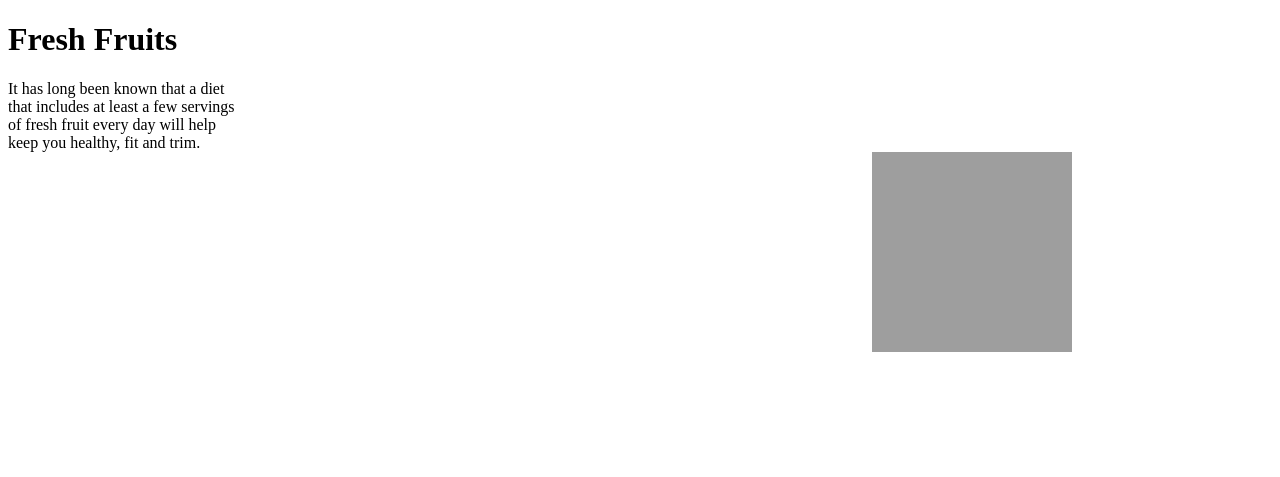
Repository: Helianthusss/Learn-CPP
Page: HTML/lap2/bai1.html
An editor plug-in stored every save of this project. The page is shown before and after the next save, followed by the edit.
The browser window is 1280 px wide. The pictures show the whole page.
Pictures or frames that could not be fetched are drawn as grey boxes.

Above is the page before, as saved 2021-09-22 10:23:32.

After the next save:
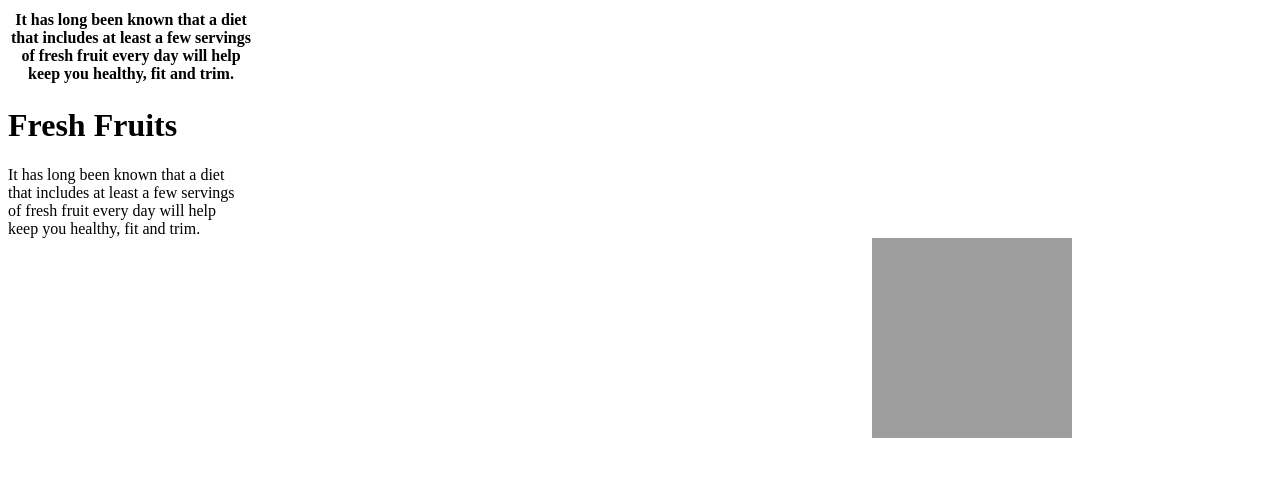
Saved 2 min 23 s later.
--- a/HTML/lap2/bai1.html
+++ b/HTML/lap2/bai1.html
@@ -14,6 +14,16 @@
     </style>
   </head>
   <body>
+    <table>
+      <tr>
+        <th>
+          It has long been known that a diet<br />
+          that includes at least a few servings<br />
+          of fresh fruit every day will help<br />
+          keep you healthy, fit and trim.<br />
+        </th>
+      </tr>
+    </table>
     <h1>Fresh Fruits</h1>
     <p>
       It has long been known that a diet<br />
